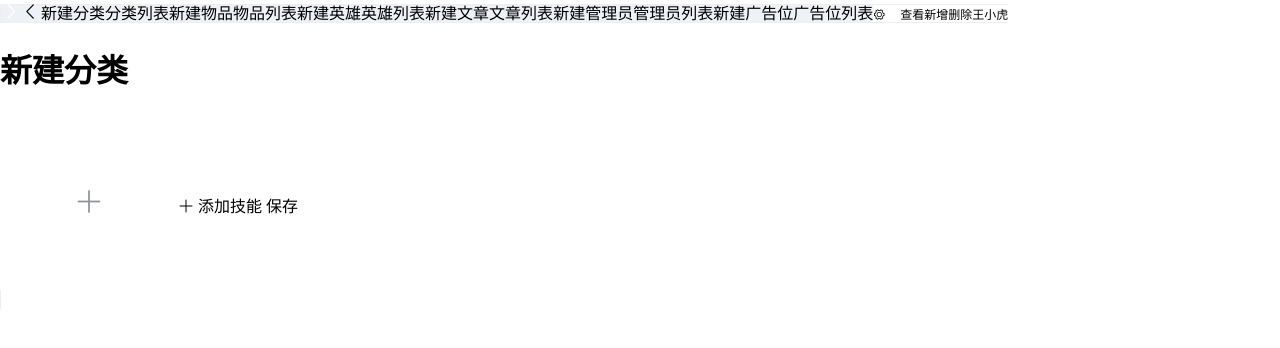
Repository: zqw980624/aaa
Page: /hero/create (app in admin/)
An editor plug-in stored every save of this project. The page is shown before and after the next save, followed by the edit.
The browser window is 1280 px wide. The pictures show the whole page.
The page's requests for data from a server got no answer. The project was rebuilt for these pictures with package versions that can differ from the ones it lists, and the page was loaded fresh each time. No one was signed in, and anything a server would have sent is missing. Also part of the build but not shown: admin/src/views/CategoryEditor.vue, admin/src/views/CategoryList.vue, admin/src/views/ItemList.vue, admin/src/views/HeroList.vue, admin/src/views/ArticleEditor.vue, admin/src/views/ArticleList.vue, admin/src/views/AdsList.vue, admin/src/views/AdministratorEditor.vue and 1 more. Imported but missing from the stored project, and not drawn on this page: admin/src/plugins/element.js.

Above is the page before, as saved 2020-03-09 22:53:20.

After the next save:
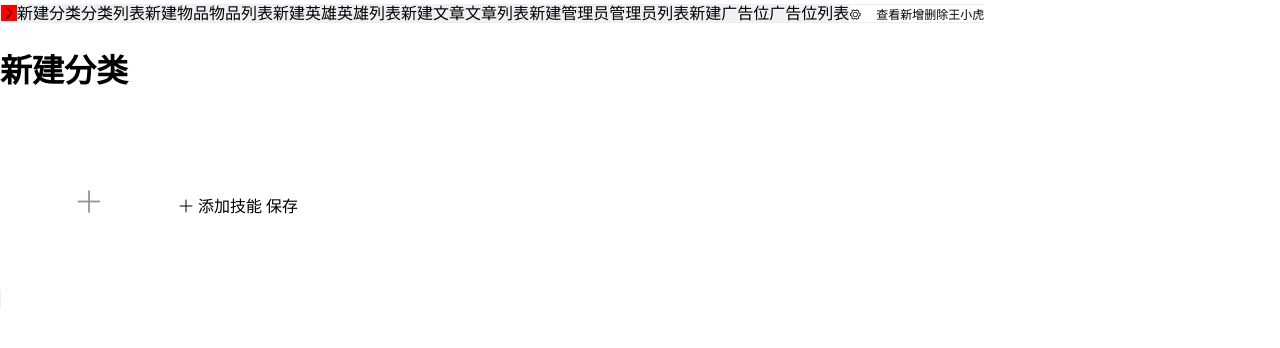
Saved 89 s later.
--- a/admin/src/views/Main.vue
+++ b/admin/src/views/Main.vue
@@ -12,8 +12,7 @@
         active-text-color="#ff4238"
         :collapse="isCollapse"
       >
-       <i style="font-size:20px;text-algin:right;color:#fff;"  class="el-icon-arrow-right" ></i>
-       <i style="font-size:20px;text-algin:right" class="el-icon-arrow-left" ></i>
+       <i  class="el-icon-arrow-right toggle" @click="toggle"></i>
         <!-- <el-radio-group v-model="isCollapse" style="margin-bottom: 20px;">
           <el-radio-button :label="false">展开</el-radio-button>
           <el-radio-button :label="true">收起</el-radio-button>
@@ -96,10 +95,18 @@ export default {
     return {
       isCollapse: true
     };
+  },
+  methods: {
+    toggle(){
+
+    }
   }
 };
 </script>
 <style>
+.toggle{
+  background: red;
+}
 .el-header {
   background-color: #b3c0d1;
   color: #333;
